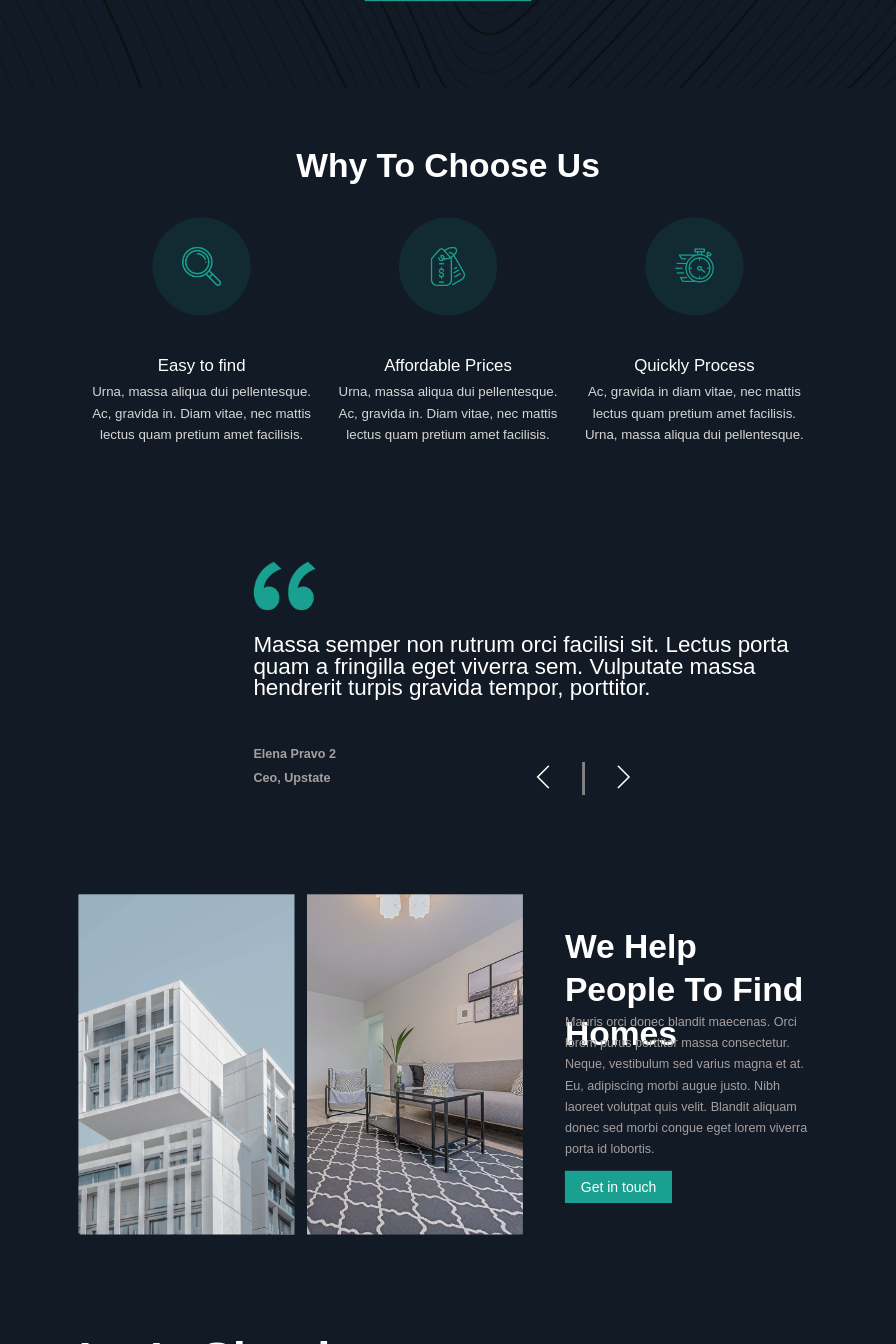
Repository: tung1233hhhhhhhhhhhhh/WebClone-Home
Page: index.html
These files come from the project's save history. The page is drawn as it stood at one moment and after the next save; the edit follows.
The browser window is 1280 px wide. The pictures show the part of the page from y = 1942 to 3862 px (the page is 4165 px tall), at 70% of full size.
After loading, the first visible `div.testimonial-next` was clicked once.

Above is the page before, as saved 2023-05-25 09:42:15.

After the next save:
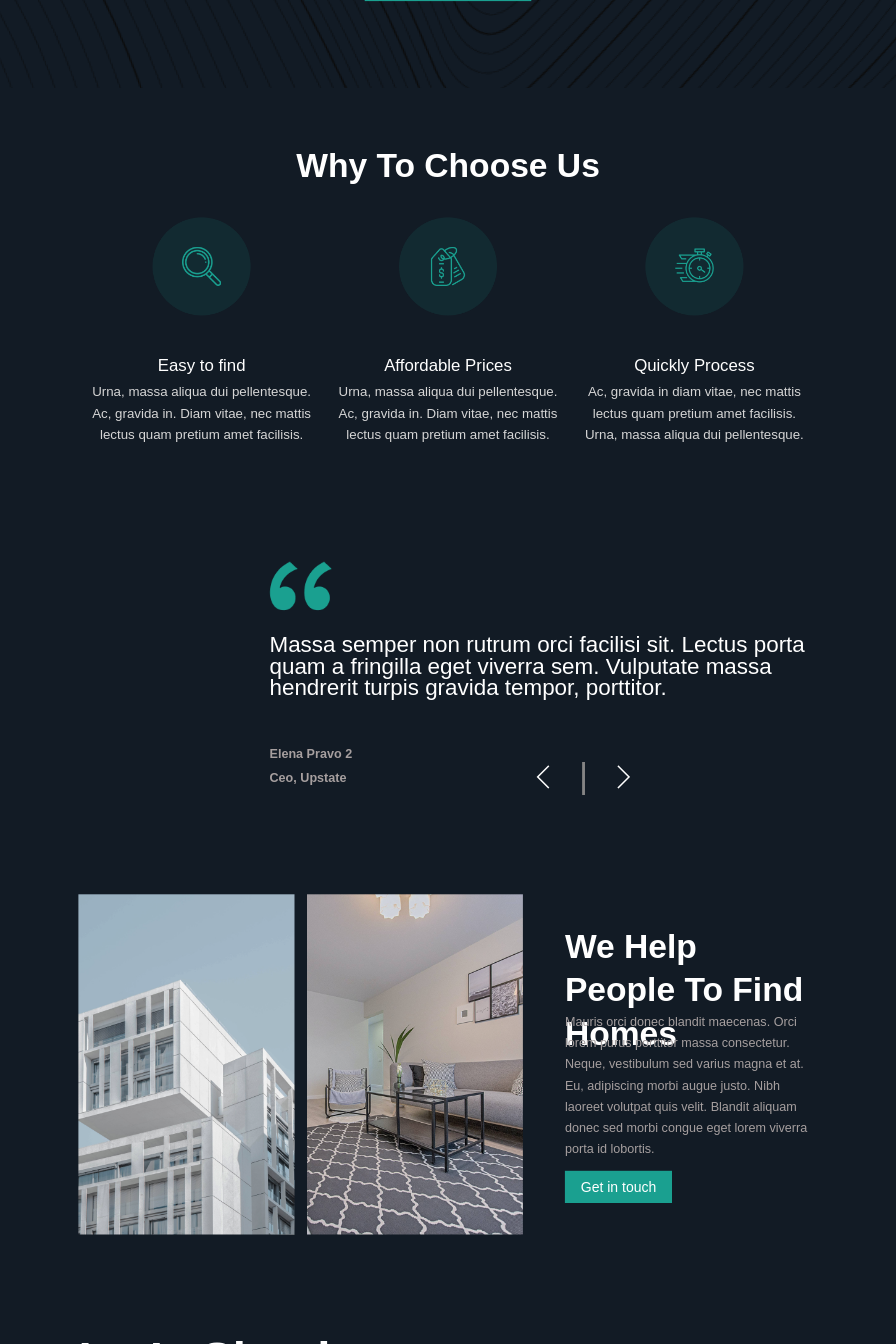
Saved 80 s later.
--- a/js/index.js
+++ b/js/index.js
@@ -16,7 +16,7 @@
   console.log(sliderItemWidth);
   function handleChangeSlide(direction) {
     index = Math.max(Math.min(index + direction, sliderLength - 1), 0);
-    postionX = -index * sliderItemWidth;
+    postionX = -index * sliderItemWidth + 23;
     sliderMain.style.transform = `translateX(${postionX}px)`;
   }
 });

After the 6 saves that followed:
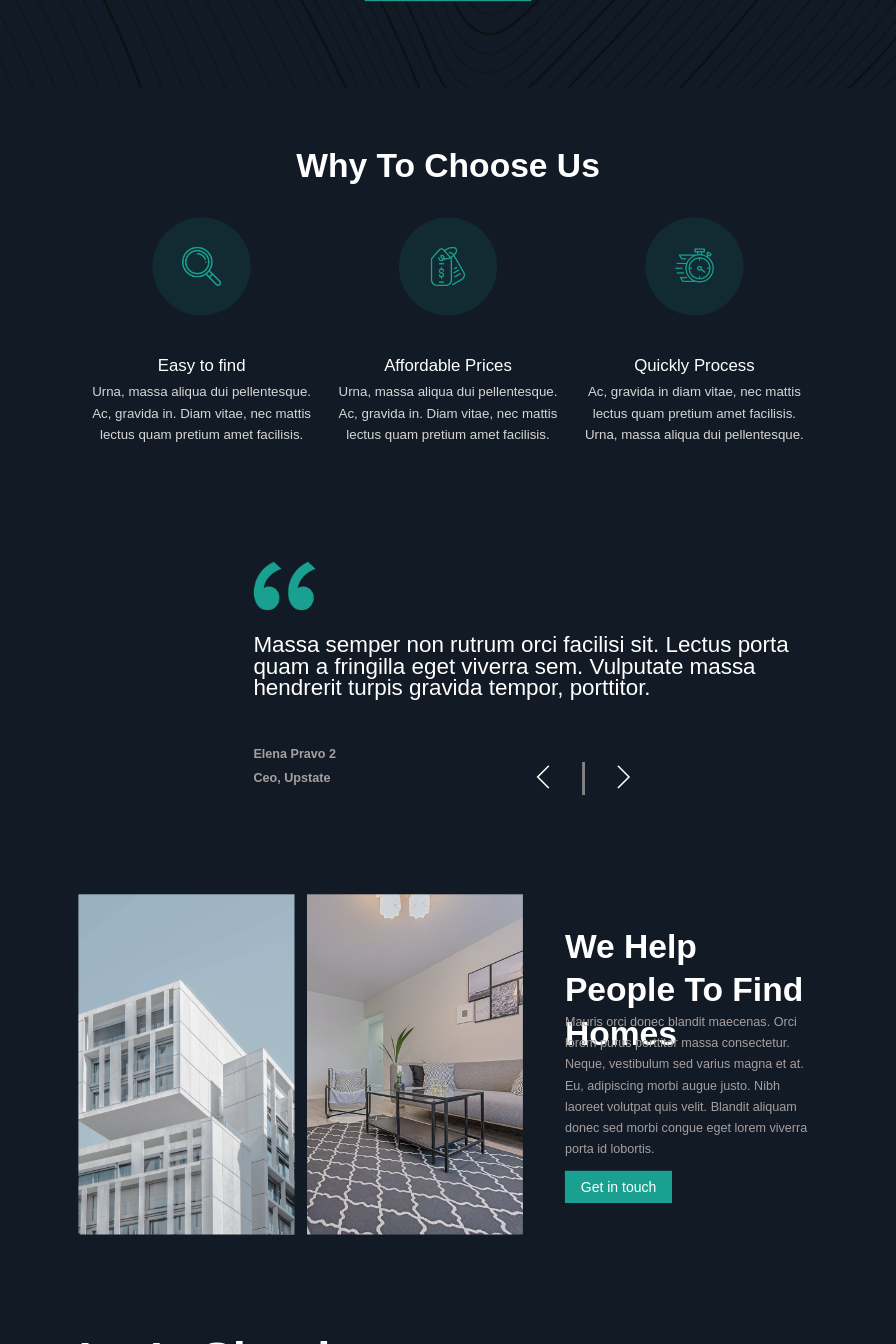
The 6 saves are shown as one change because 4 left the picture as it was and some came seconds apart.
The last was saved 2 min 31 s later.
--- a/js/index.js
+++ b/js/index.js
@@ -13,10 +13,9 @@
   prevTestimonial.addEventListener("click", function () {
     handleChangeSlide(-1);
   });
-  console.log(sliderItemWidth);
   function handleChangeSlide(direction) {
     index = Math.max(Math.min(index + direction, sliderLength - 1), 0);
-    postionX = -index * sliderItemWidth + 23;
+    postionX = -index * sliderItemWidth;
     sliderMain.style.transform = `translateX(${postionX}px)`;
   }
 });
